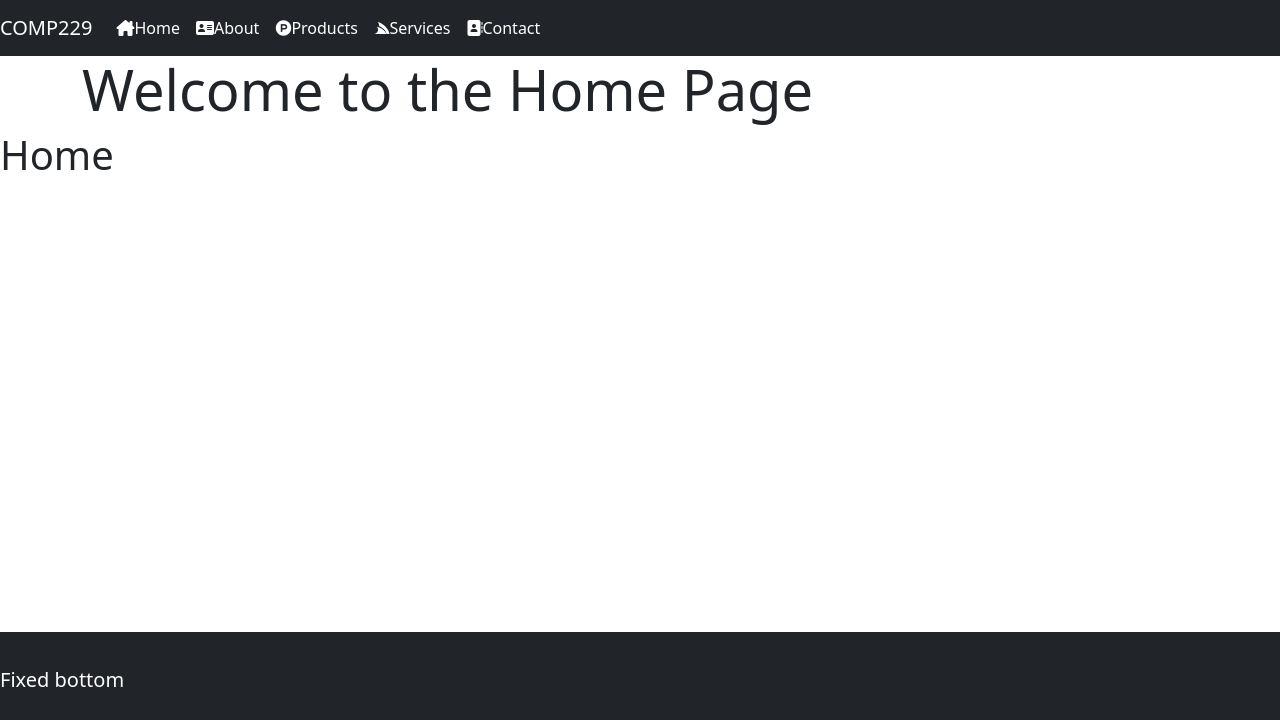
Repository: BlessingAjiboye/WEEK52023W
Page: http://localhost/
These files come from the project's save history. The page is drawn as it stood at one moment and after a run of saves; the edit follows.
The browser window is 1280 px wide. The pictures show the whole page.
The page is served by the project's Node server (server.js).

Above is the page before, as saved 2023-01-26 11:37:12.

After the next 2 saves:
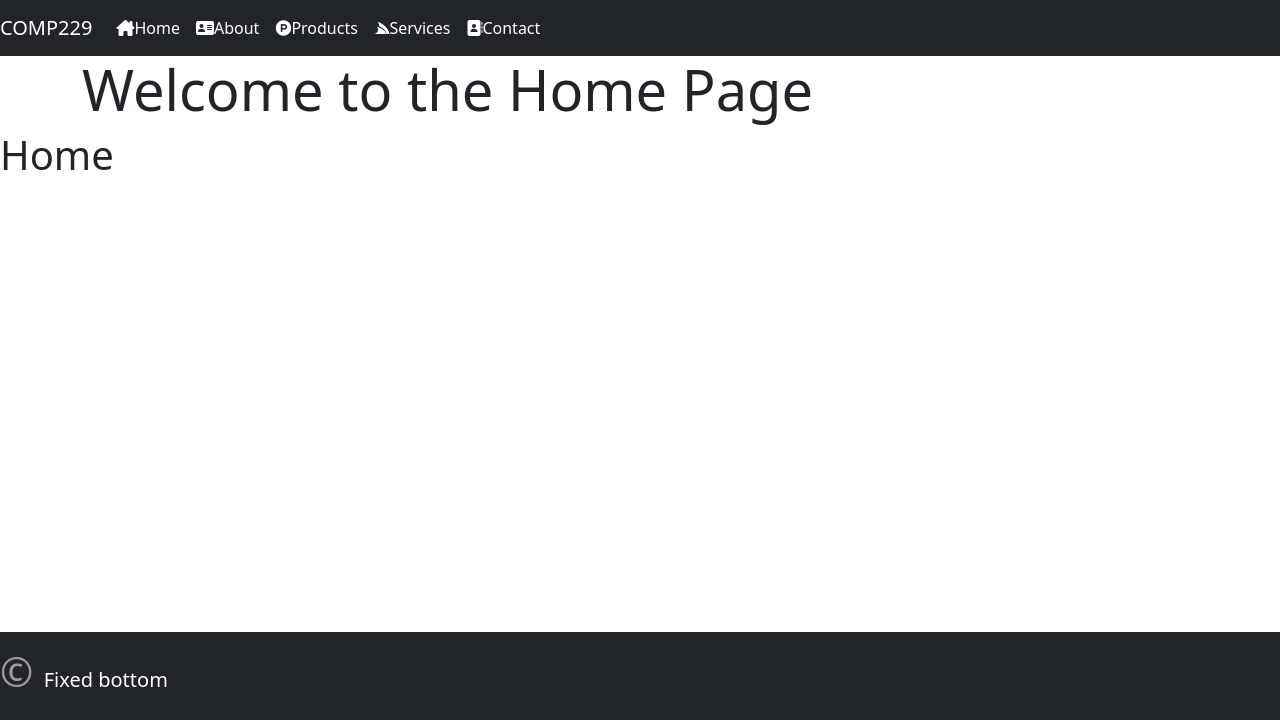
The 2 saves are shown as one change because they came seconds apart.
The last was saved 11 s later.
--- a/views/index.ejs
+++ b/views/index.ejs
@@ -69,7 +69,7 @@
   <footer>
     <nav class="navbar fixed-bottom navbar-dark bg-dark">
   <!--<div class="container-fluid">-->
-    <h1 class="display-6 navbar-text">
+    <h1 class="display-6 navbar-text">&copy;
     <a class="navbar-brand" href="#">Fixed bottom</a>
   </div>
 </nav>
